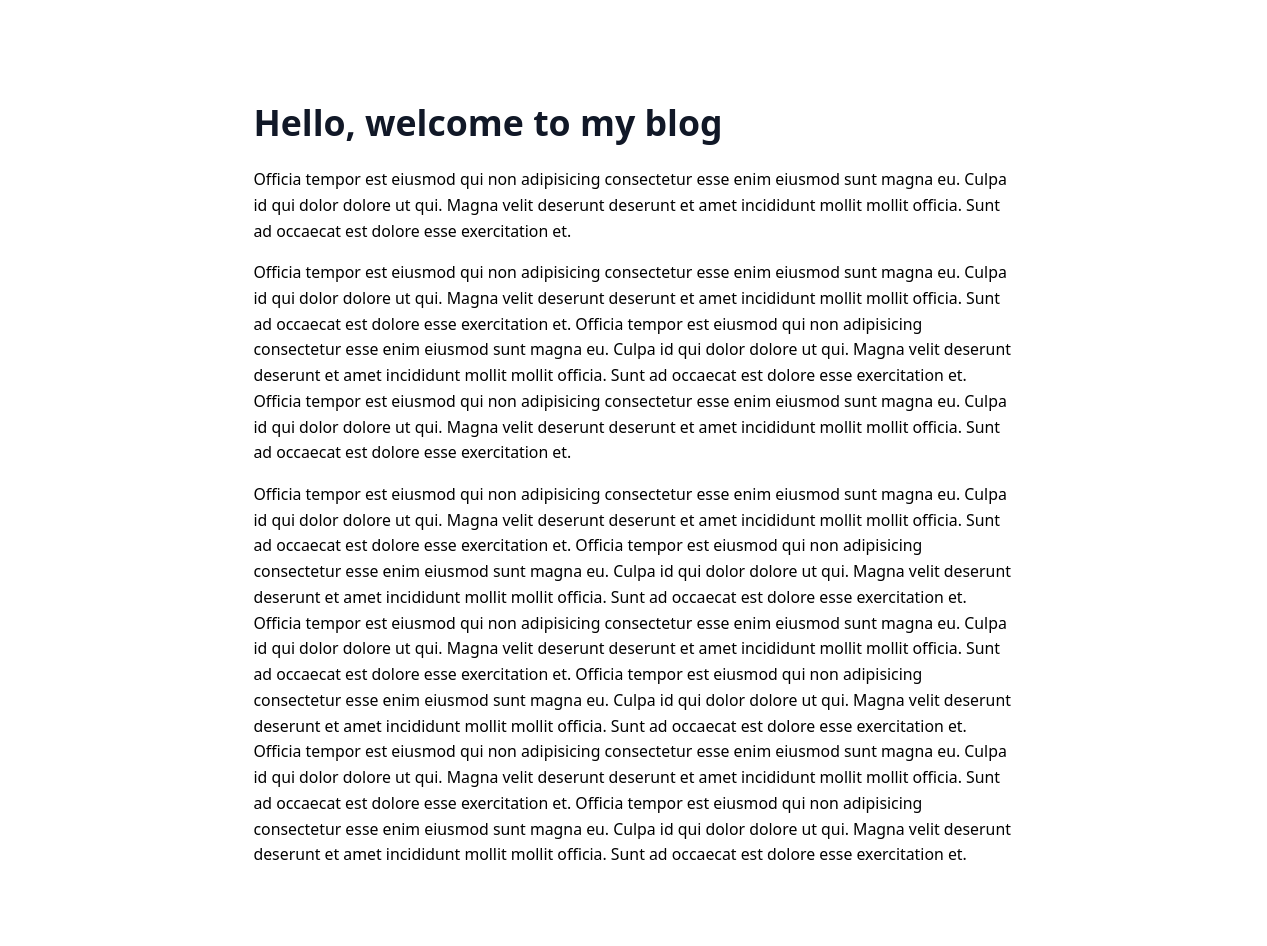
Repository: ymw0331/blog-mern-webapp
Page: / (app in client/)
The author's editor kept a copy of each file at every save. The page is drawn from the files as they stood at one save, then again after the next save.
The browser window is 1280 px wide. The pictures show the whole page, at 99% of full size.
The project was rebuilt for these pictures with package versions that can differ from the ones it lists, and the page was loaded fresh each time.

Above is the page before, as saved 2022-12-10 19:31:14.

### client/src/App.js
import Home from './pages/Home';

function App() {
  return (
    <div className='max-w-screen-md mx-auto pt-20'>
      <Home />
    </div>
  );
}

export default App;

### client/src/pages/Home.js
import React from 'react';

const Home = () => {
  return (
    <div className='mb-20'>
      <h1 className='sm:text-4xl text-2xl font-bold my-6 text-gray-900'>
        Hello, welcome to my blog
      </h1>
      <p className='mx-auto leading-relaxed text-base mb-4'>
        Officia tempor est eiusmod qui non adipisicing consectetur esse enim
        eiusmod sunt magna eu. Culpa id qui dolor dolore ut qui. Magna velit
        deserunt deserunt et amet incididunt mollit mollit officia. Sunt ad
        occaecat est dolore esse exercitation et.
      </p>
      <p className='mx-auto leading-relaxed text-base mb-4'>
        Officia tempor est eiusmod qui non adipisicing consectetur esse enim
        eiusmod sunt magna eu. Culpa id qui dolor dolore ut qui. Magna velit
        deserunt deserunt et amet incididunt mollit mollit officia. Sunt ad
        occaecat est dolore esse exercitation et. Officia tempor est eiusmod qui
        non adipisicing consectetur esse enim eiusmod sunt magna eu. Culpa id
        qui dolor dolore ut qui. Magna velit deserunt deserunt et amet
        incididunt mollit mollit officia. Sunt ad occaecat est dolore esse
        exercitation et. Officia tempor est eiusmod qui non adipisicing
        consectetur esse enim eiusmod sunt magna eu. Culpa id qui dolor dolore
        ut qui. Magna velit deserunt deserunt et amet incididunt mollit mollit
        officia. Sunt ad occaecat est dolore esse exercitation et.
      </p>
      <p className='mx-auto leading-relaxed text-base mb-4 text-justified'>
        Officia tempor est eiusmod qui non adipisicing consectetur esse enim
        eiusmod sunt magna eu. Culpa id qui dolor dolore ut qui. Magna velit
        deserunt deserunt et amet incididunt mollit mollit officia. Sunt ad
        occaecat est dolore esse exercitation et. Officia tempor est eiusmod qui
        non adipisicing consectetur esse enim eiusmod sunt magna eu. Culpa id
        qui dolor dolore ut qui. Magna velit deserunt deserunt et amet
        incididunt mollit mollit officia. Sunt ad occaecat est dolore esse
        exercitation et. Officia tempor est eiusmod qui non adipisicing
        consectetur esse enim eiusmod sunt magna eu. Culpa id qui dolor dolore
        ut qui. Magna velit deserunt deserunt et amet incididunt mollit mollit
        officia. Sunt ad occaecat est dolore esse exercitation et. Officia
        tempor est eiusmod qui non adipisicing consectetur esse enim eiusmod
        sunt magna eu. Culpa id qui dolor dolore ut qui. Magna velit deserunt
        deserunt et amet incididunt mollit mollit officia. Sunt ad occaecat est
        dolore esse exercitation et. Officia tempor est eiusmod qui non
        adipisicing consectetur esse enim eiusmod sunt magna eu. Culpa id qui
        dolor dolore ut qui. Magna velit deserunt deserunt et amet incididunt
        mollit mollit officia. Sunt ad occaecat est dolore esse exercitation et.
        Officia tempor est eiusmod qui non adipisicing consectetur esse enim
        eiusmod sunt magna eu. Culpa id qui dolor dolore ut qui. Magna velit
        deserunt deserunt et amet incididunt mollit mollit officia. Sunt ad
        occaecat est dolore esse exercitation et.
      </p>
    </div>
  );
};

export default Home;

Loaded but not shown: client/public/index.html (common file); client/src/index.js (common file); client/src/index.css (common file); client/src/reportWebVitals.js (common file); client/tailwind.config.js (common file)

After the next save:
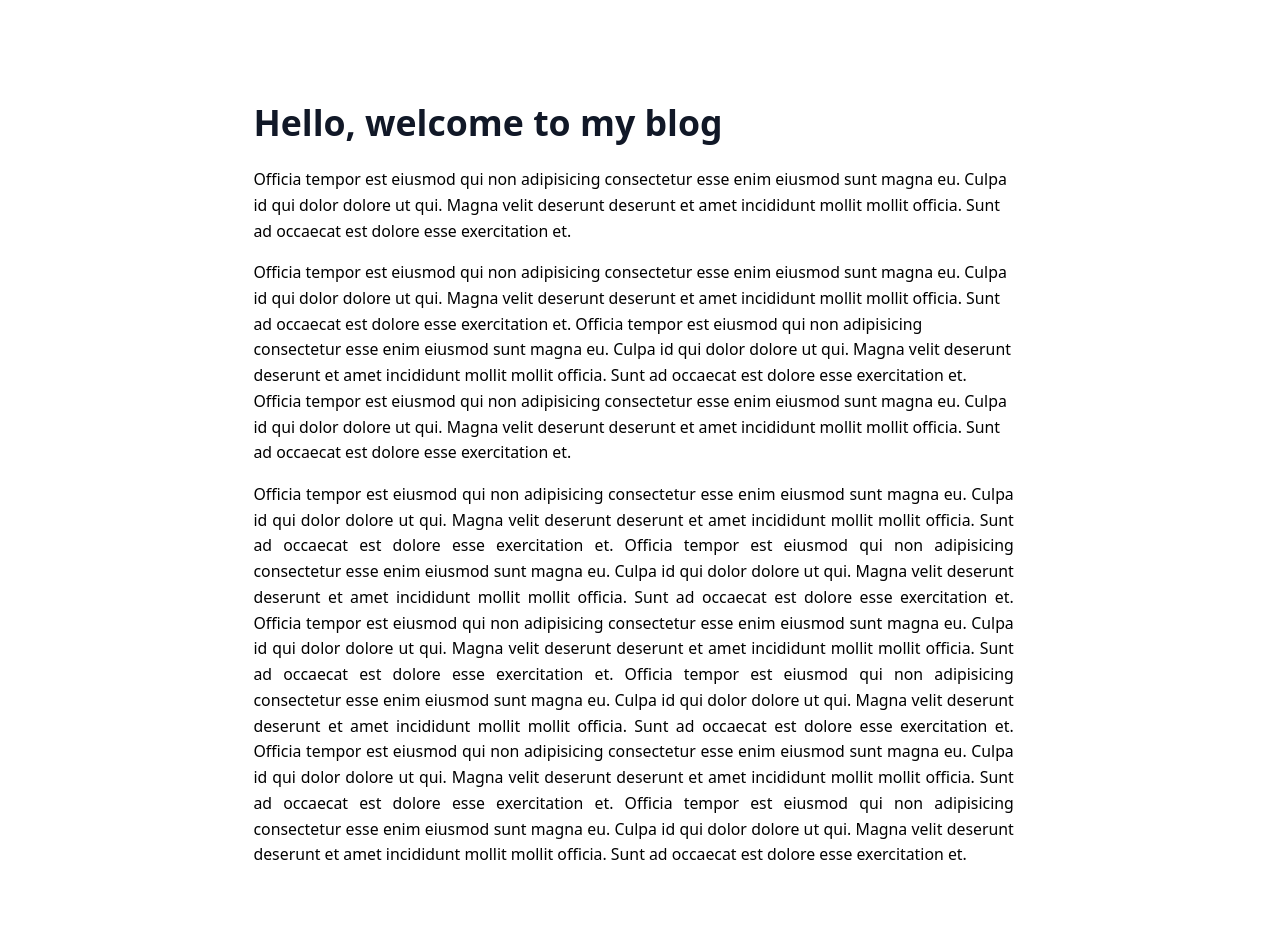
Saved 26 s later.
--- a/client/src/pages/Home.js
+++ b/client/src/pages/Home.js
@@ -25,7 +25,7 @@ const Home = () => {
         ut qui. Magna velit deserunt deserunt et amet incididunt mollit mollit
         officia. Sunt ad occaecat est dolore esse exercitation et.
       </p>
-      <p className='mx-auto leading-relaxed text-base mb-4 text-justified'>
+      <p className='mx-auto leading-relaxed text-base mb-4 text-justify'>
         Officia tempor est eiusmod qui non adipisicing consectetur esse enim
         eiusmod sunt magna eu. Culpa id qui dolor dolore ut qui. Magna velit
         deserunt deserunt et amet incididunt mollit mollit officia. Sunt ad
